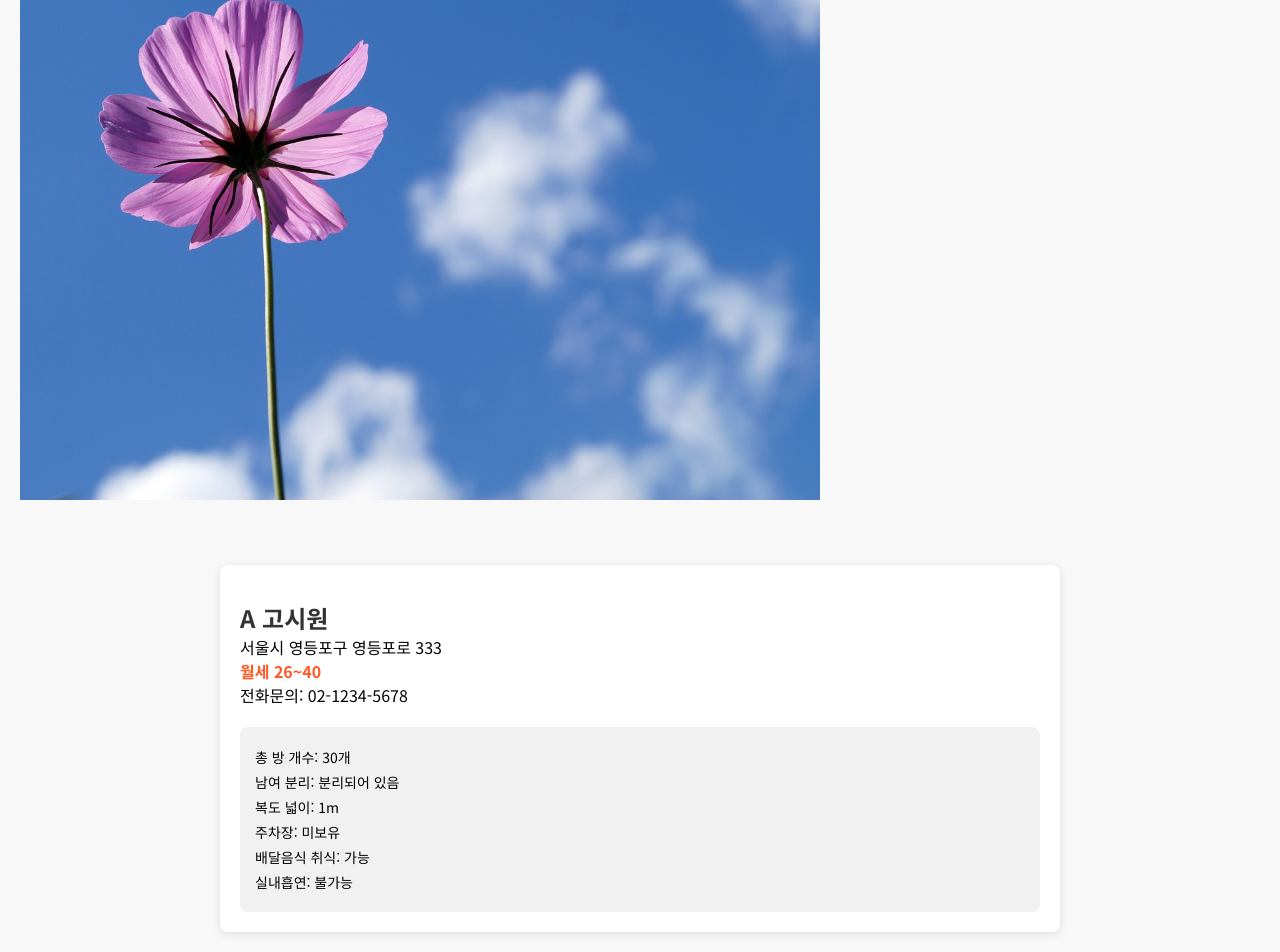
Repository: nayeon-3/one_house
Page: one_house/public/sample/page1.html
These files come from the project's save history. The page is drawn as it stood at one moment and after the next save; the edit follows.
The browser window is 1280 px wide. The pictures show the part of the page from y = 162 to 1114 px (the page is 1114 px tall).

Above is the page before, as saved 2025-02-12 05:18:06.

### one_house/public/sample/page1.html
<!DOCTYPE html>
<html lang="ko">
<head>
    <meta charset="UTF-8">
    <meta name="viewport" content="width=device-width, initial-scale=1.0">
    <title>One-House</title>
    <link rel="stylesheet" href="page1.css">
</head>
<body class="body">
    <header>
        <div class="logo">One-House</div>
        <nav>
            <ul>
                <li><a href="#">지하철노선도</a></li>
                <li><a href="#">커뮤니티</a></li>
                <li><a href="#">채용정보</a></li>
                <li><a href="#">마이페이지</a></li>
            </ul>
        </nav>
    </header>
    <main>
        <div class="image_box">
           <small>고시원</small><br>
           <img src="../img/flower.jpg" alt="고시원 이미지">
        </div>
        <div class="container">
            <div class="info-box">
                <h2>A 고시원</h2>
                <p>서울시 영등포구 영등포로 333</p>
                <p class="price">월세 26~40</p>
                <p><span class="label">전화문의:</span> 02-1234-5678</p>
            </div>
            <div class="details">
                <p>총 방 개수: 30개</p>
                <p>남여 분리: 분리되어 있음</p>
                <p>복도 넓이: 1m</p>
                <p>주차장: 미보유</p>
                <p>배달음식 취식: 가능</p>
                <p>실내흡연: 불가능</p>
            </div>
        </div>
    </main>
    <script src="page1.js"></script>
</body>
</html>

### one_house/public/sample/page1.css
/*
	<weight>: Use a value from 100 to 900
	<uniquifier>: Use a unique and descriptive class name
*/
@import url('https://fonts.googleapis.com/css2?family=Noto+Sans+KR:wght@100..900&display=swap');
*{
	margin: 0;
	padding: 0;
	font-family: "Noto Sans KR", "Helvetica Neue", Helvetica, Arial, sans-serif;
	font-optical-sizing: auto;
    font-style: normal;
}
/* 기본 스타일 */
body {
    background-color: #f8f8f8;
}

/* 헤더 스타일 */
header {
    display: flex;
    justify-content: space-between;
    align-items: center;
    padding: 15px 20px;
    background-color: #ffcc80;
}

.logo {
    font-size: 24px;
    font-weight: bold;
    color: #ff5722;
}

nav ul {
    list-style: none;
    display: flex;
    gap: 15px;
}

nav ul li {
    display: inline;
}

nav ul li a {
    text-decoration: none;
    color: #333;
    font-weight: bold;
}

/* 컨테이너 스타일 */
.container {
    max-width: 800px;
    margin: 20px auto;
    background: white;
    padding: 20px;
    border-radius: 8px;
    box-shadow: 0 2px 10px rgba(0, 0, 0, 0.1);
}

/* 이미지 박스 */
.image-box {
    max-width: 800px;
    margin: 20px auto;
    border-radius: 8px;
    padding: 20px;
    overflow: hidden;
    box-shadow: 0 2px 10px rgba(0, 0, 0, 0.1);
}

img {
   	max-width: 800px;
    margin: 20px auto;
    border-radius: 8px;
    padding: 20px;
}

/* 정보 박스 */
.info-box {
    margin-top: 15px;
}

.info-box h2 {
    color: #333;
}

.info-box .price {
    color: #ff5722;
    font-weight: bold;
}

/* 상세 정보 스타일 */
.details {
    margin-top: 20px;
    background: #f1f1f1;
    padding: 15px;
    border-radius: 8px;
}

.details p {
    margin: 5px 0;
    font-size: 14px;
}

### one_house/public/sample/page1.js
	document.addEventListener("DOMContentLoaded", function () {
    	const priceElement = document.querySelector(".price");

    // 가격 정보를 클릭하면 알림창이 뜨는 기능 추가
    if (priceElement) {
        priceElement.addEventListener("click", function () {
            alert("월세 범위는 26~40만원입니다.");
        });
    }

    // 네비게이션 메뉴 호버 효과 추가
    const navLinks = document.querySelectorAll("nav ul li a");
    navLinks.forEach(link => {
        link.addEventListener("mouseenter", function () {
            this.style.color = "#ff5722";
        });
        link.addEventListener("mouseleave", function () {
            this.style.color = "#333";
        });
    });
});

After the next save:
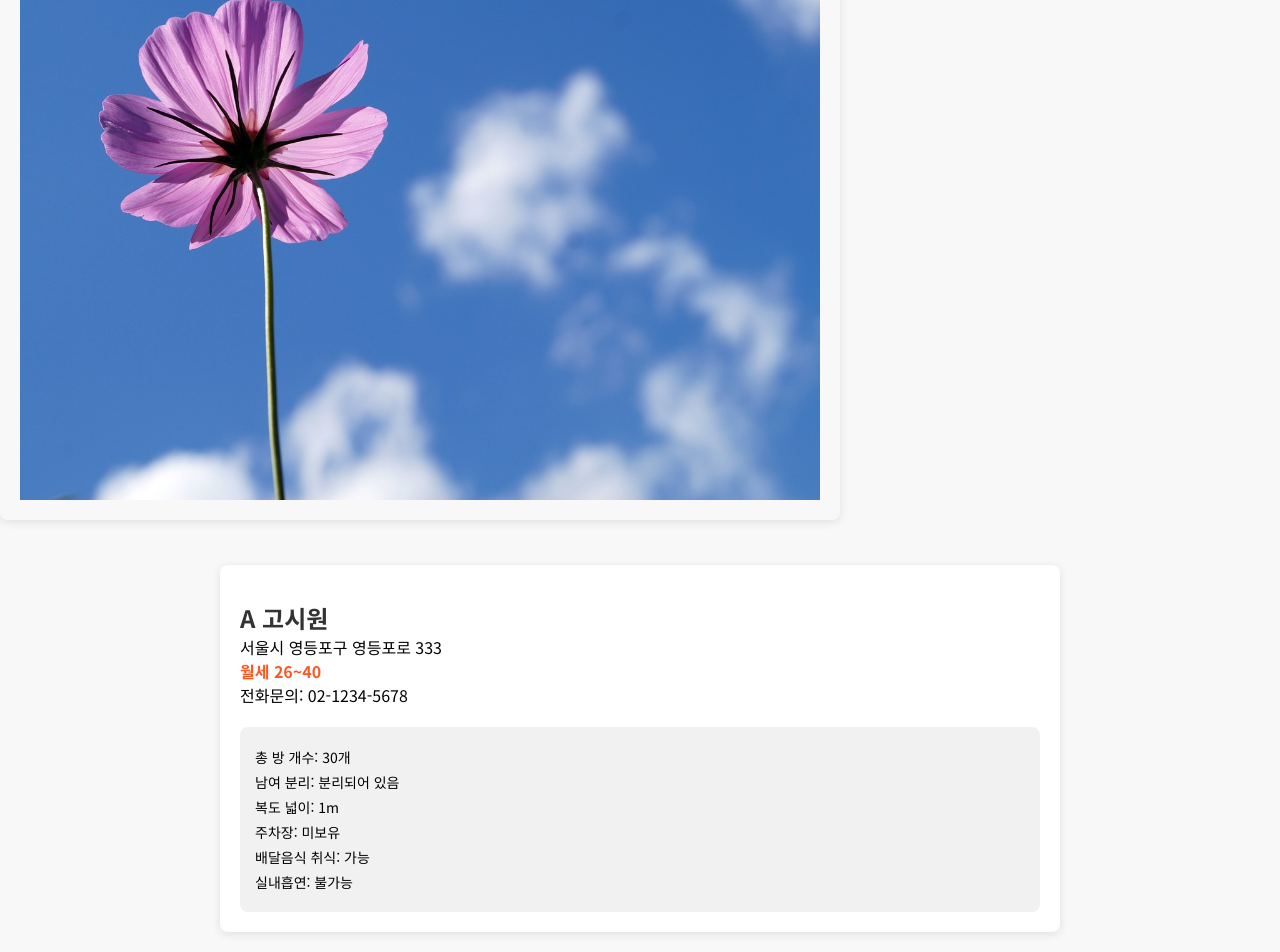
Saved 49 s later.
--- a/one_house/public/sample/page1.css
+++ b/one_house/public/sample/page1.css
@@ -70,6 +70,7 @@ img {
    	max-width: 800px;
     margin: 20px auto;
     border-radius: 8px;
+    box-shadow: 0 2px 10px rgba(0, 0, 0, 0.1);
     padding: 20px;
 }
 
